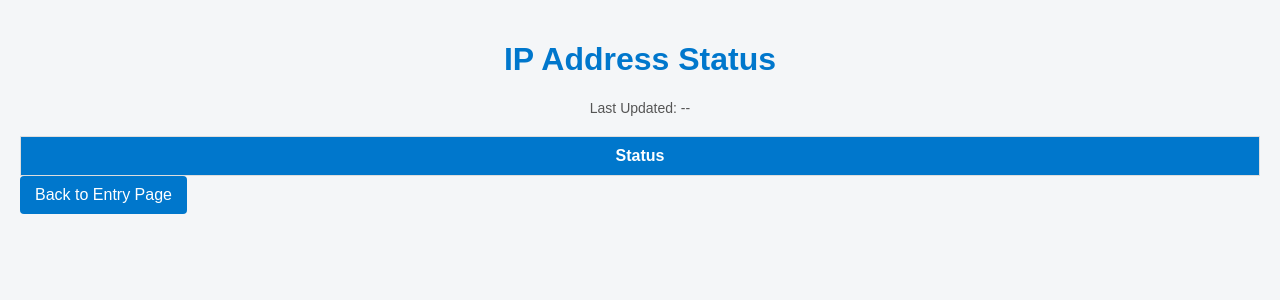
Repository: BanavasiPrakash/radminnetworkping
Page: src/main/resources/static/status.html
The author's editor kept a copy of each file at every save. The page is drawn from the files as they stood at one save, then again after the next save.
The browser window is 1280 px wide. The pictures show the whole page.
The page's requests for data from a server got no answer.

Above is the page before, as saved 2025-08-19 16:05:10.

### src/main/resources/static/status.html
<!DOCTYPE html>
<html lang="en">
<head>
    <meta charset="UTF-8">
    <meta name="viewport" content="width=device-width, initial-scale=1.0">
    <title>IP Tracker - Status</title>
    <link rel="stylesheet" href="index.css">
</head>
<body>
    <header>
        <h1>IP Address Status</h1>
        <p id="lastUpdated" style="font-size:14px; color:#555; margin-top:5px;">
            Last Updated: --
        </p>
    </header>
    <main>
        <table id="statusTable">
            <thead>
                <tr>
                    <!-- <th>Location</th> -->
                    <th>Status</th>
                    <!-- <th>Last Checked</th> -->
                </tr>
            </thead>
            <tbody>
                <!-- Dynamic rows -->
            </tbody>
        </table>
        <div class="navigation">
            <a href="index.html" class="nav-button">Back to Entry Page</a>
        </div>
    </main>
    <script src="script-status.js"></script>
</body>
</html>

### src/main/resources/static/index.css
body {
    font-family: Arial, sans-serif;
    background: #f4f6f8;
    margin: 0;
    padding: 20px;
}

header {
    text-align: center;
    margin-bottom: 20px;
}

h1 {
    color: #0077cc;
}

section {
    background: white;
    padding: 15px;
    border-radius: 8px;
    margin-bottom: 20px;
    box-shadow: 0 2px 8px rgba(0,0,0,0.1);
}

form {
    display: flex;
    gap: 10px;
}

form input {
    flex: 1;
    padding: 8px;
}

form button {
    background: #0077cc;
    color: white;
    border: none;
    padding: 8px 15px;
    cursor: pointer;
    border-radius: 4px;
}

table {
    width: 100%;
    border-collapse: collapse;
}

th, td {
    padding: 10px;
    text-align: center;
    border: 1px solid #ddd;
}

th {
    background: #0077cc;
    color: white;
}

.status-green { color: white; background-color: green; }
.status-yellow { color: black; background-color: yellow; }
.status-orange { color: black; background-color: orange; }
.status-red { color: white; background-color: red; }


.nav-button {
    display: inline-block;
    padding: 10px 15px;
    background: #0077cc;
    color: white;
    border-radius: 4px;
    text-decoration: none;
}

.delete-btn {
    background-color: #d43d3d;
    color: white;
    border: none;
    padding: 5px 10px;
    border-radius: 4px;
    cursor: pointer;
    font-weight: bold;
}

.delete-btn:hover {
    background-color: #b52b2b;
}

### src/main/resources/static/script-status.js
const statusTableBody = document.querySelector("#statusTable tbody");
const lastUpdatedEl = document.getElementById("lastUpdated");

async function renderStatusTable() {
    const resp = await fetch('/api/ip');
    const ipData = await resp.json();

    statusTableBody.innerHTML = "";

    // Sort so that "Down" items are shown first (optional)
    ipData.sort((a, b) => {
        if (a.status === "Down" && b.status !== "Down") return -1;
        if (a.status !== "Down" && b.status === "Down") return 1;
        return 0;
    });

    ipData.forEach(item => {
        let statusClass = "status-orange"; // default color
        if (item.status === "Online") statusClass = "status-green";
        else if (item.status === "Down") statusClass = "status-red";
        else if (item.status === "Error") statusClass = "status-orange";
        else if (item.status === "Unknown") statusClass = "status-yellow";

        const row = document.createElement("tr");
        // Display location name instead of status text
        // Color the cell based on status
        row.innerHTML = `
            <td class="${statusClass}">${item.location}</td>
        `;
        statusTableBody.appendChild(row);
    });

    lastUpdatedEl.textContent = "Last Updated: " + new Date().toLocaleTimeString();
}

renderStatusTable();
setInterval(renderStatusTable, 30000); // update every 30 seconds

After the next save:
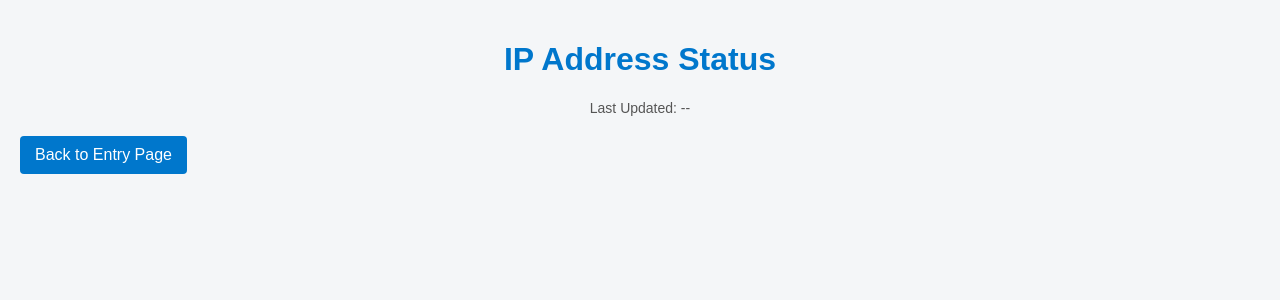
Saved 13 min 17 s later.
--- a/src/main/resources/static/status.html
+++ b/src/main/resources/static/status.html
@@ -16,11 +16,7 @@
     <main>
         <table id="statusTable">
             <thead>
-                <tr>
-                    <!-- <th>Location</th> -->
-                    <th>Status</th>
-                    <!-- <th>Last Checked</th> -->
-                </tr>
+
             </thead>
             <tbody>
                 <!-- Dynamic rows -->

After the save that followed:
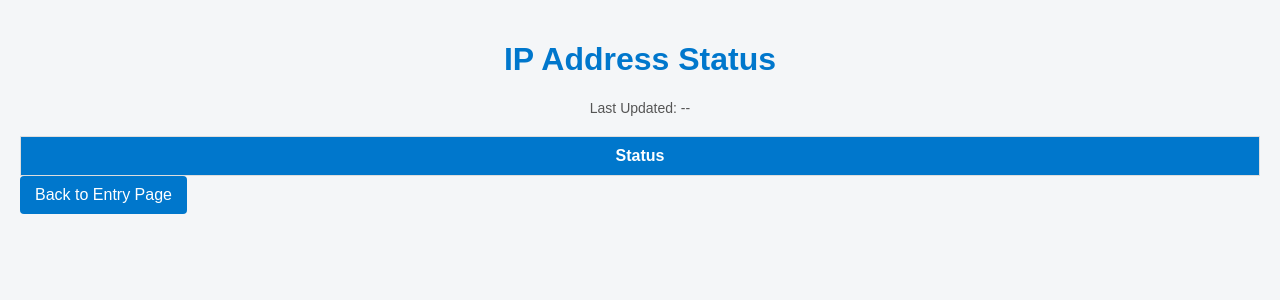
Saved 7 s later.
--- a/src/main/resources/static/status.html
+++ b/src/main/resources/static/status.html
@@ -16,7 +16,11 @@
     <main>
         <table id="statusTable">
             <thead>
-
+                <tr>
+                    <!-- <th>Location</th> -->
+                    <th>Status</th>
+                    <!-- <th>Last Checked</th> -->
+                </tr>
             </thead>
             <tbody>
                 <!-- Dynamic rows -->
